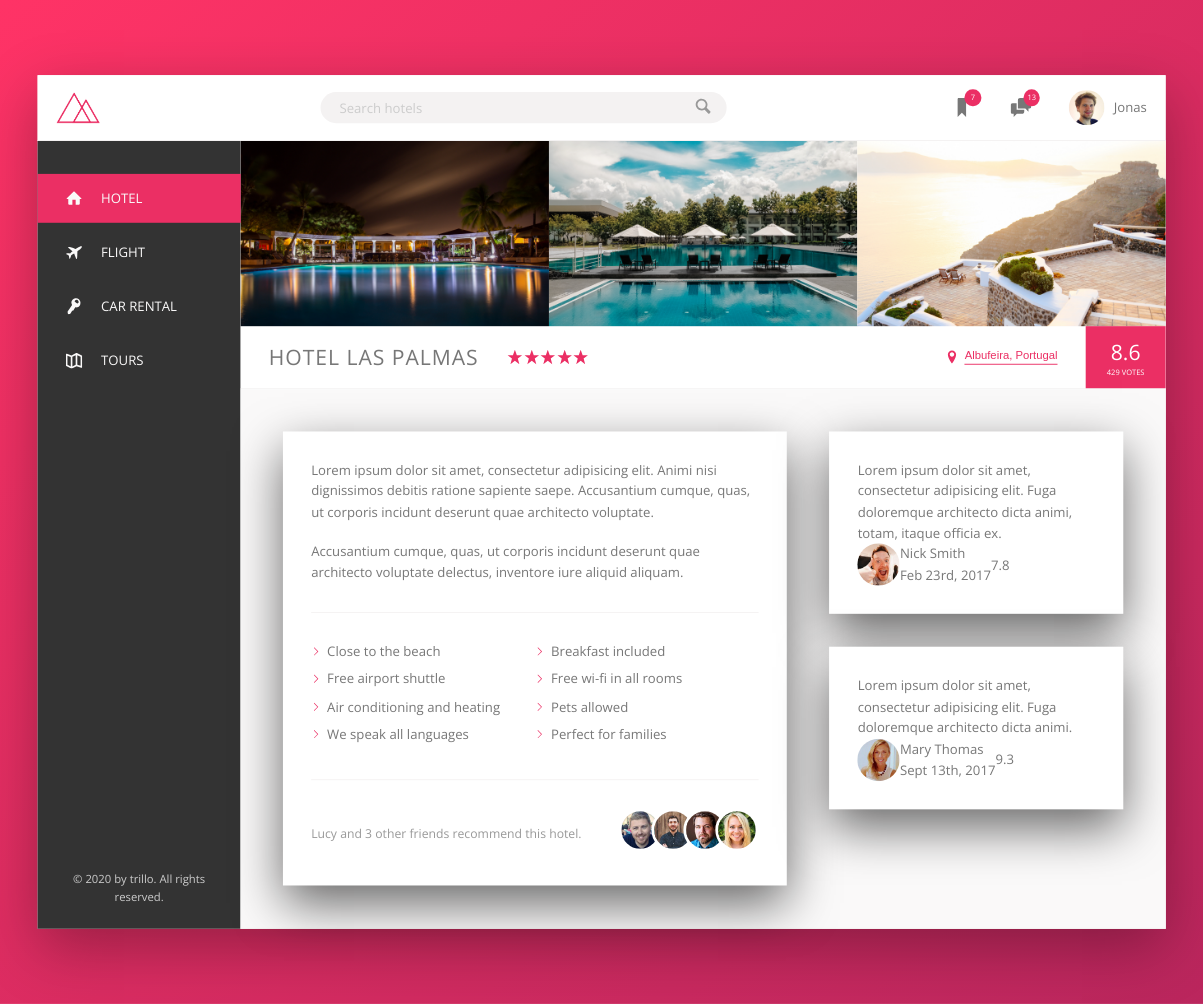
Repository: Lithium87/Trillo
Page: index.html
An editor plug-in stored every save of this project. The page is shown before and after the next save, followed by the edit.
The browser window is 1280 px wide. The pictures show the whole page, at 94% of full size.
The style sheet was rebuilt from its Sass, Less or Tailwind sources for each picture, by a compiler version that may differ from the author's.

Above is the page before, as saved 2020-05-17 01:30:00.

### index.html
<!DOCTYPE html>
<html lang="en">

<head>
    <meta charset="UTF-8">
    <meta name="viewport" content="width=device-width, initial-scale=1.0">

    <link href="https://fonts.googleapis.com/css?family=Open+Sans:300,400,600" rel="stylesheet">
    <link rel="stylesheet" href="css/style.css">
    <link rel="shortcut icon" type="image/png" href="img/favicon.png">

    <title>trillo &mdash; Your all-in-one booking app</title>
</head>

<body>
    <div class="container">
        <header class="header">
            <img src="img/logo.png" alt="Trillo logo" class="logo">
            <form action="#" class="search">
                <input type="text" class="search__input" placeholder="Search hotels">
                <button class="search__button">
                    <svg class="search__icon">
                        <use xlink:href="img/sprite.svg#icon-magnifying-glass"></use>
                    </svg>
                </button>
            </form>

            <nav class="user-nav">
                <div class="user-nav__icon-box">
                    <svg class="user-nav__icon">
                        <use xlink:href="img/sprite.svg#icon-bookmark"></use>
                    </svg>
                    <span class="user-nav__notification">7</span>
                </div>
                <div class="user-nav__icon-box">
                    <svg class="user-nav__icon">
                        <use xlink:href="img/sprite.svg#icon-chat"></use>
                    </svg>
                    <span class="user-nav__notification">13</span>
                </div>
                <div class="user-nav__user">
                    <img src="img/user.jpg" alt="User photo" class="user-nav__user-photo">
                    <span class="user-nav__user-name">Jonas</span>
                </div>
            </nav>
        </header>
        <div class="content">
            <nav class="sidebar">
                <ul class="side-nav">
                    <li class="side-nav__item side-nav__item--active">
                        <a href="#" class="side-nav__link">
                            <svg class="side-nav__icon">
                                <use xlink:href="img/stripe.svg#icon-home"></use>
                            </svg>
                            <span>Hotel</span>
                        </a>
                    </li>
                    <li class="side-nav__item">
                        <a href="#" class="side-nav__link">
                            <svg class="side-nav__icon">
                                <use xlink:href="img/stripe.svg#icon-aircraft"></use>
                            </svg>
                            <span>Flight</span>
                        </a>
                    </li>
                    <li class="side-nav__item">
                        <a href="#" class="side-nav__link">
                            <svg class="side-nav__icon">
                                <use xlink:href="img/stripe.svg#icon-key"></use>
                            </svg>
                            <span>Car rental</span>
                        </a>
                    </li>
                    <li class="side-nav__item">
                        <a href="#" class="side-nav__link">
                            <svg class="side-nav__icon">
                                <use xlink:href="img/stripe.svg#icon-map"></use>
                            </svg>
                            <span>Tours</span>
                        </a>
                    </li>
                </ul>
                <div class="legal">
                    &copy; 2020 by trillo. All rights reserved.
                </div>
            </nav>
            <main class="hotel-view">
                <div class="gallery">
                    <figure class="gallery__item">
                        <img src="img/hotel-1.jpg" alt="Photo of hotel 1" class="gallery__photo">
                    </figure>
                    <figure class="gallery__item">
                        <img src="img/hotel-2.jpg" alt="Photo of hotel 2" class="gallery__photo">
                    </figure>
                    <figure class="gallery__item">
                        <img src="img/hotel-3.jpg" alt="Photo of hotel 3" class="gallery__photo">
                    </figure>
                </div>
                <div class="overview">
                    <h1 class="overview__heading">Hotel Las Palmas</h1>
                    <div class="overview__stars">
                        <svg class="overview__icon-star">
                            <use xlink:href="img/stripe.svg#icon-star"></use>
                        </svg>
                        <svg class="overview__icon-star">
                            <use xlink:href="img/stripe.svg#icon-star"></use>
                        </svg>
                        <svg class="overview__icon-star">
                            <use xlink:href="img/stripe.svg#icon-star"></use>
                        </svg>
                        <svg class="overview__icon-star">
                            <use xlink:href="img/stripe.svg#icon-star"></use>
                        </svg>
                        <svg class="overview__icon-star">
                            <use xlink:href="img/stripe.svg#icon-star"></use>
                        </svg>
                    </div>
                    <div class="overview__location">
                        <svg class="overview__icon-location">
                            <use xlink:href="img/stripe.svg#icon-location-pin"></use>
                        </svg>
                        <button class="btn-inline">Albufeira, Portugal</button>
                    </div>
                    <div class="overview__rating">
                        <div class="overview__rating-average">8.6</div>
                        <div class="overview__rating-count">429 votes</div>
                    </div>
                </div>
                <div class="detail">
                    <div class="description">
                        <p class="paragraph">
                            Lorem ipsum dolor sit amet, consectetur adipisicing elit. Animi nisi dignissimos debitis ratione sapiente saepe. Accusantium cumque, quas, ut corporis incidunt deserunt quae architecto voluptate.
                        </p>
                        <p class="paragraph">
                            Accusantium cumque, quas, ut corporis incidunt deserunt quae architecto voluptate delectus, inventore iure aliquid aliquam.
                        </p>
                        <ul class="list">
                            <li class="list__item">Close to the beach</li>
                            <li class="list__item">Breakfast included</li>
                            <li class="list__item">Free airport shuttle</li>
                            <li class="list__item">Free wi-fi in all rooms</li>
                            <li class="list__item">Air conditioning and heating</li>
                            <li class="list__item">Pets allowed</li>
                            <li class="list__item">We speak all languages</li>
                            <li class="list__item">Perfect for families</li>
                        </ul>
                        <div class="recommend">
                            <p class="recommend__count">
                                Lucy and 3 other friends recommend this hotel.
                            </p>
                            <div class="recommend__friends">
                                <img src="img/user-3.jpg" alt="Friend 1" class="recommend__photo">
                                <img src="img/user-4.jpg" alt="Friend 2" class="recommend__photo">
                                <img src="img/user-5.jpg" alt="Friend 3" class="recommend__photo">
                                <img src="img/user-6.jpg" alt="Friend 4" class="recommend__photo">
                            </div>
                        </div>
                    </div>
                    <div class="user-reviews">
                        <figure class="review">
                            <blockquote class="review__text">
                                Lorem ipsum dolor sit amet, consectetur adipisicing elit. Fuga doloremque architecto dicta animi, totam, itaque officia ex.
                            </blockquote>
                            <figcaption class="review__user">
                                <img src="img/user-1.jpg" alt="User 1" class="review__photo">
                                <div class="review__user-box">
                                    <p class="review__user-name">Nick Smith</p>
                                    <p class="review__user-date">Feb 23rd, 2017</p>
                                </div>
                                <div class="review__rating">7.8</div>
                            </figcaption>
                        </figure>
                        <figure class="review">
                            <blockquote class="review__text">
                                Lorem ipsum dolor sit amet, consectetur adipisicing elit. Fuga doloremque architecto dicta animi.
                            </blockquote>
                            <figcaption class="review__user">
                                <img src="img/user-2.jpg" alt="User 2" class="review__photo">
                                <div class="review__user-box">
                                    <p class="review__user-name">Mary Thomas</p>
                                    <p class="review__user-date">Sept 13th, 2017</p>
                                </div>
                                <div class="review__rating">9.3</div>
                            </figcaption>
                        </figure>
                    </div>
                </div>
            </main>
        </div>
    </div>
</body>

</html>

### sass/_base.scss
:root {
    --color-primary: #eb2f64;
    --color-primary-light: #FF3366;
    --color-primary-dark: #BA265D;
    --color-grey-light-1: #faf9f9;
    --color-grey-light-2: #f4f2f2;
    --color-grey-light-3: #f0eeee;
    --color-grey-light-4: #ccc;
    --color-grey-dark-1: #333;
    --color-grey-dark-2: #777;
    --color-grey-dark-3: #999;
    --shadow-dark: 0 2rem 6rem rgba(0, 0, 0, .3);
    --shadow-light: 0 2rem 5rem rgba(0, 0, 0, .6);
    --line: 1px solid var(--color-grey-light-2);
}

* {
    margin: 0;
    padding: 0;
}

*,
*::before,
*::after {
    box-sizing: inherit;
}

html {
    box-sizing: border-box;
    font-size: 62.5%; // 1rem = 10px
}

body {
    font-family: 'Open Sans', sans-serif;
    font-weight: 400;
    line-height: 1.6;
    color: var(--color-grey-dark-2);
    background-image: linear-gradient(to right bottom, var(--color-primary-light), var(--color-primary-dark));
    background-size: cover;
    background-repeat: no-repeat;
    min-height: 100vh;
}

### sass/_layout.scss
.container {
    max-width: 120rem;
    margin: 8rem auto;
    background-color: var(--color-grey-light-1);
    box-shadow: var(--shadow-dark);
    min-height: 50rem;
}

.header {
    font-size: 1.4rem;
    height: 7rem;
    background-color: #fff;
    border-bottom: var(--line);
    display: flex;
    justify-content: space-between;
    align-items: center;
}

.content {
    display: flex;
}

.sidebar {
    background-color: var(--color-grey-dark-1);
    flex: 0 0 18%;
    display: flex;
    flex-direction: column;
    justify-content: space-between;
}

.hotel-view {
    background-color: #fff;
    flex: 1;
}

.detail {
    font-size: 1.4rem;
    display: flex;
    padding: 4.5rem;
    background-color: var(--color-grey-light-1);
    border-bottom: var(--line);
}

.description {
    background-color: #fff;
    box-shadow: var(--shadow-light);
    padding: 3rem;
    flex: 0 0 60%;
    margin-right: 4.5rem;
}

.user-reviews {
    flex: 1;
}

### sass/_components.scss
///////////////////////
//LOGO
.logo {
    height: 3.25rem;
    margin-left: 2rem;
}

///////////////////////
//SEARCH BOX
.search {
    flex: 0 0 40%;
    display: flex;
    align-items: center;
    justify-content: center;
    &__input {
        font-family: inherit;
        font-size: inherit;
        color: inherit;
        background-color: var(--color-grey-light-2);
        border: none;
        padding: .7rem 2rem;
        border-radius: 100px;
        width: 90%;
        transition: all .2s;
        margin-right: -3.5rem;
        &:focus {
            outline: none;
            width: 100%;
            background-color: var(--color-grey-light-3);
        }
        &::-webkit-input-placeholder {
            font-weight: 100;
            color: var(--color-grey-light-4);
        }
    }
    &__input:focus+&__button {
        background-color: var(--color-grey-light-3);
    }
    &__button {
        border: none;
        background-color: var(--color-grey-light-2);
        &:focus {
            outline: none;
        }
        &:active {
            transform: translateY(2px);
        }
    }
    &__icon {
        height: 2rem;
        width: 2rem;
        fill: var(--color-grey-dark-3);
    }
}

///////////////////////
//USER NAVIGATION
.user-nav {
    align-self: stretch;
    display: flex;
    align-items: center;
    &>* {
        padding: 0 2rem;
        cursor: pointer;
        height: 100%;
        display: flex;
        align-items: center;
    }
    &>*:hover {
        background-color: var(--color-grey-light-2);
    }
    &__icon-box {
        position: relative;
    }
    &__icon {
        height: 2.25rem;
        width: 2.25rem;
        fill: var(--color-grey-dark-2);
    }
    &__notification {
        font-size: .8rem;
        height: 1.75rem;
        width: 1.75rem;
        border-radius: 50%;
        background-color: var(--color-primary);
        color: #fff;
        position: absolute;
        top: 1.5rem;
        right: 1.1rem;
        display: flex;
        justify-content: center;
        align-items: center;
    }
    &__user-photo {
        height: 3.75rem;
        border-radius: 50%;
        margin-right: 1rem;
    }
}

///////////////////////
//SIDE NAVIGATION
.side-nav {
    font-size: 1.4rem;
    list-style: none;
    margin-top: 3.5rem;
    &__item {
        position: relative;
        &:not(:last-child) {
            margin-bottom: .5rem;
        }
    }
    &__item::before {
        content: "";
        position: absolute;
        top: 0;
        left: 0;
        height: 100%;
        width: 3px;
        background-color: var(--color-primary);
        transform: scaleY(0);
        transition: transform .2s, width .4s cubic-bezier(1, 0, 0, 1) .2s, background-color .1s;
    }
    &__item:hover::before,
    &__item--active::before {
        transform: scaleY(1);
        width: 100%;
    }
    &__item:active::before {
        background-color: var(--color-primary-light);
    }
    &__link:link,
    &__link:visited {
        color: var(--color-grey-light-1);
        text-decoration: none;
        text-transform: uppercase;
        display: block;
        padding: 1.5rem 3rem;
        position: relative;
        z-index: 10;
        display: flex;
        align-items: center;
    }
    &__icon {
        width: 1.75rem;
        height: 1.75rem;
        margin-right: 2rem;
        fill: currentColor;
    }
}

///////////////////////
//LEGAL TEXT
.legal {
    font-size: 1.2rem;
    color: var(--color-grey-light-4);
    text-align: center;
    padding: 2.5rem;
}

///////////////////////
//GALLERY
.gallery {
    display: flex;
    &__photo {
        width: 100%;
        display: block;
    }
}

///////////////////////
//HOTEL OVERVIEW
.overview {
    display: flex;
    align-items: center;
    border-bottom: var(--line);
    &__heading {
        font-size: 2.25rem;
        font-weight: 300;
        text-transform: uppercase;
        letter-spacing: 1px;
        padding: 1.5rem 3rem;
    }
    &__stars {
        margin-right: auto;
        display: flex;
    }
    &__icon-star,
    &__icon-location {
        width: 1.75rem;
        height: 1.75rem;
        fill: var(--color-primary);
    }
    &__location {
        font-size: 1.2rem;
        display: flex;
        align-items: center;
    }
    &__icon-location {
        margin-right: .5rem;
    }
    &__rating {
        background-color: var(--color-primary);
        color: #fff;
        margin-left: 3rem;
        padding: 0 2.25rem;
        align-self: stretch;
        display: flex;
        flex-direction: column;
        align-items: center;
        justify-content: center;
    }
    &__rating-average {
        font-size: 2.25rem;
        font-weight: 300;
        margin-bottom: -3px;
    }
    &__rating-count {
        font-size: .8rem;
        text-transform: uppercase;
    }
}

///////////////////////
//BUTTON INLINE
.btn-inline {
    border: none;
    color: var(--color-primary);
    font-size: inherit;
    border-bottom: 1px solid currentColor;
    padding-bottom: 2px;
    display: inline-block;
    background-color: transparent;
    cursor: pointer;
    transition: all .2s;
    &:hover {
        color: var(--color-grey-dark-1);
    }
    &:focus {
        outline: none;
        animation: pulsate 1s infinite;
    }
}

@keyframes pulsate {
    0% {
        transform: scale(1);
        box-shadow: none;
    }
    50% {
        transform: scale(1.05);
        box-shadow: 0 1rem 4rem rgba(0, 0, 0, .25);
    }
    100% {
        transform: scale(1);
        box-shadow: none;
    }
}

///////////////////////
//PARAGRAPH
.paragraph:not(:last-of-type) {
    margin-bottom: 2rem;
}

///////////////////////
//LIST
.list {
    list-style: none;
    margin: 3rem 0;
    padding: 3rem 0;
    border-top: var(--line);
    border-bottom: var(--line);
    display: flex;
    flex-wrap: wrap;
    &__item {
        flex: 0 0 50%;
        margin-bottom: .7rem;
    }
    &__item::before {
        content: "";
        display: inline-block;
        height: 1rem;
        width: 1rem;
        margin-right: .7rem;
        //Older browsers
        //background-image: url(../img/chevron-thin-right.svg);
        //background-size: cover;
        //Newer browsers - masks
        background-color: var(--color-primary);
        -webkit-mask-image: url(../img/chevron-thin-right.svg);
        -webkit-mask-size: cover;
        mask-image: url(../img/chevron-thin-right.svg);
        mask-size: cover;
    }
}

///////////////////////
//RECOMMEND
.recommend {
    font-size: 1.3rem;
    color: var(--color-grey-dark-3);
    display: flex;
    align-items: center;
    &__count {
        margin-right: auto;
    }
    &__photo {
        box-sizing: content-box;
        height: 4rem;
        width: 4rem;
        border-radius: 50%;
        border: 3px solid #fff;
        &:not(:last-child) {
            margin-right: -1.5rem;
        }
    }
}

///////////////////////
//REVIEWS
.review {
    background-color: #fff;
    box-shadow: var(--shadow-light);
    padding: 3rem;
    margin-bottom: 3.5rem;
    &__text {}
    &__user {
        display: flex;
        align-items: center;
    }
    &__photo {
        height: 4.5rem;
        width: 4.5rem;
        border-radius: 50%;
    }
    &__user-box {}
    &__user-name {}
    &__user-date {}
    &__rating {}
}

Loaded but not shown: sass/main.scss (common file)

After the next save:
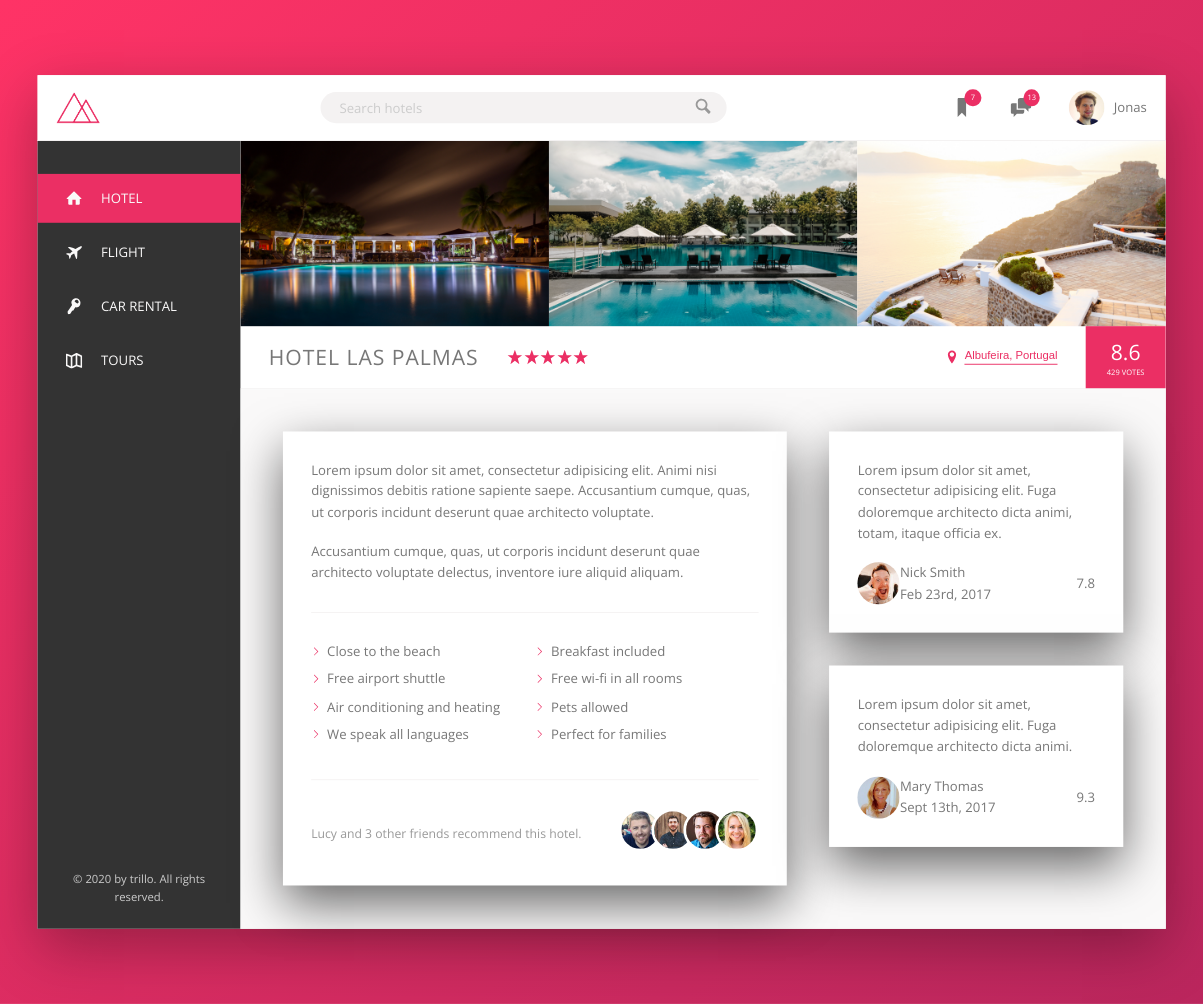
Saved 2 min 20 s later.
--- a/sass/_components.scss
+++ b/sass/_components.scss
@@ -324,7 +324,9 @@
     box-shadow: var(--shadow-light);
     padding: 3rem;
     margin-bottom: 3.5rem;
-    &__text {}
+    &__text {
+        margin-bottom: 2rem;
+    }
     &__user {
         display: flex;
         align-items: center;
@@ -334,7 +336,9 @@
         width: 4.5rem;
         border-radius: 50%;
     }
-    &__user-box {}
+    &__user-box {
+        margin-right: auto;
+    }
     &__user-name {}
     &__user-date {}
     &__rating {}
